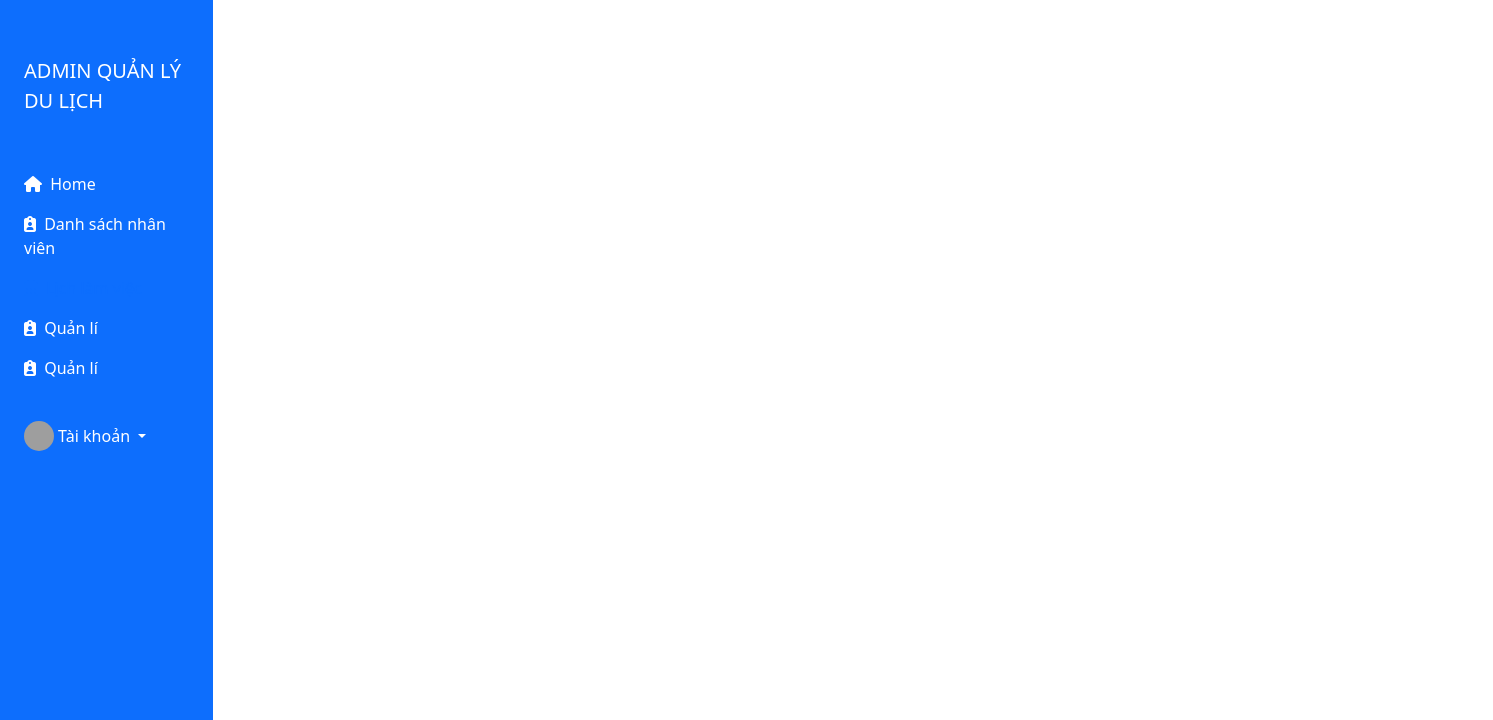
Repository: vantohuu/BOOKINGTOUR
Page: http://localhost/BOOKINGTOUR/WEB-INF/views/admin/admin.jsp
An editor plug-in stored every save of this project. The page is shown before and after the next save, followed by the edit.
The browser window is 1280 px wide. The page is 1493 px wide, so the pictures cover 1493 px, including what lies to the right of the window. The pictures show the whole page.
Pictures or frames that could not be fetched are drawn as grey boxes. Some web libraries are served in a nearby version. The page is served by Tomcat 9. Nobody is signed in. Other server files are loaded and not shown. The template is opened directly, without the code that normally fills it, so the values that code supplies are empty.

Above is the page before, as saved 2023-05-04 13:12:12.

### BOOKINGTOUR/src/main/webapp/WEB-INF/views/admin/admin.jsp
<%@ page language="java" contentType="text/html; charset=UTF-8"
    pageEncoding="UTF-8"%>
        <%@ taglib uri="http://java.sun.com/jstl/core_rt" prefix="c"%>
<%@ taglib uri="http://java.sun.com/jstl/fmt_rt" prefix="f"%>
<!DOCTYPE html>
<html>
<head>
<meta charset="UTF-8">
 <link href="https://cdn.jsdelivr.net/npm/bootstrap@5.3.0-alpha1/dist/css/bootstrap.min.css" rel="stylesheet"
     integrity="sha384-GLhlTQ8iRABdZLl6O3oVMWSktQOp6b7In1Zl3/Jr59b6EGGoI1aFkw7cmDA6j6gD" crossorigin="anonymous">
     <script src="https://kit.fontawesome.com/ee36f81461.js" crossorigin="anonymous"></script>
<title>Admin quản lý du lịch</title>
</head>
<body>
    <div class="container-fluid">
    <div class="row flex-nowrap">
        <div class="col-auto col-md-3 col-xl-2 px-sm-2 px-0t bg-primary">
            <div class="d-flex flex-column align-items-center align-items-sm-start px-3 pt-2 text-white min-vh-100 ">
                <a href="#" class="d-flex align-items-center pb-5 pt-5 mb-md-0 me-md-auto text-white text-decoration-none">
                    <span class="fs-5 d-none d-sm-inline">ADMIN QUẢN LÝ DU LỊCH</span>
                </a>
                <ul class="nav nav-pills flex-column mb-sm-auto mb-0 align-items-center align-items-sm-start " id="menu">
                    <li class="nav-item">
                        <a href="home.htm" class="nav-link text-white align-middle px-0">
                           <i class="fa-solid fa-house"></i>
                            <span class="ms-1 d-none d-sm-inline">Home</span>
                        </a>
                    </li>
                    <li>
                        <a href="#submenu3" data-bs-toggle="collapse" class="nav-link text-white px-0 align-middle ">
                            <i class="fa-solid fa-clipboard-user"></i>
                            <span class="ms-1 d-none d-sm-inline">Danh sách nhân viên</span></a>
                        <ul class="collapse nav flex-column ms-1" id="submenu3" data-bs-parent="#menu">
                            <li class="w-100">
                                <a href="doanhthu.htm" class="nav-link text-white px-0"> <span class="d-none d-sm-inline">Doanh thu</span></a>
                            </li>
                            <li>
                                <a href="nhanvien.htm" class="nav-link text-white px-0"> <span class="d-none d-sm-inline">Nhân viên</span></a>
                            </li>
                        </ul>
                    </li>
                    <li>
                        <a href="lich.htm" class="nav-link px-0 align-middle">
                           <i class="fa-solid fa-calendar-days"></i>
                           <span class="ms-1 d-none d-sm-inline">Lịch làm việc</span></a>
                    </li>
                    <li>
                        <a href="#submenu2" data-bs-toggle="collapse" class="nav-link text-white px-0 align-middle ">
                            <i class="fa-solid fa-clipboard-user"></i>
                            <span class="ms-1 d-none d-sm-inline">Quản lí</span></a>
                        <ul class="collapse nav flex-column ms-1" id="submenu2" data-bs-parent="#menu">
                            <li class="w-100">
                                <a href="doanhthu.htm" class="nav-link text-white px-0"> <span class="d-none d-sm-inline">Doanh thu</span></a>
                            </li>
                            <li>
                                <a href="nhanvien.htm" class="nav-link text-white px-0"> <span class="d-none d-sm-inline">Nhân viên</span></a>
                            </li>
                        </ul>
                    </li>
                     <li>
                        <a href="#submenu3" data-bs-toggle="collapse" class="nav-link text-white px-0 align-middle ">
                            <i class="fa-solid fa-clipboard-user"></i>
                            <span class="ms-1 d-none d-sm-inline">Quản lí</span></a>
                        <ul class="collapse nav flex-column ms-1" id="submenu3" data-bs-parent="#menu">
                            <li class="w-100">
                                <a href="doanhthu.htm" class="nav-link text-white px-0"> <span class="d-none d-sm-inline">Doanh thu</span></a>
                            </li>
                            <li>
                                <a href="nhanvien.htm" class="nav-link text-white px-0"> <span class="d-none d-sm-inline">Nhân viên</span></a>
                            </li>
                        </ul>
                    </li>

                <hr>

                <div class="dropdown pb-4">
                    <a href="#" class="d-flex align-items-center text-white text-decoration-none dropdown-toggle" id="dropdownUser1" data-bs-toggle="dropdown" aria-expanded="false">
                        <img src="https://github.com/mdo.png" alt="hugenerd" width="30" height="30" class="rounded-circle">
                        <span class="d-none d-sm-inline mx-1">Tài khoản</span>
                    </a>
                    <ul class="dropdown-menu dropdown-menu-dark text-small shadow">

                        <li><a class="dropdown-item" href="nhanvien-thongtin.htm">Chỉnh sửa thông tin cá nhân</a></li>
                        <li><a class="dropdown-item" href="doimatkhau.htm">Đổi mật khẩu</a></li>
                        <li>
                            <hr class="dropdown-divider">
                        </li>
                        <li><a class="dropdown-item" href="logout.htm">Đăng xuất</a></li>
                    </ul>
                </div>
            </div>
        </div>
        <div class=""col py-3 d-flex justify-content-center align-items-center"">

        </div>
    </div>
</div>
    <script src="https://cdn.jsdelivr.net/npm/bootstrap@5.3.0-alpha1/dist/js/bootstrap.bundle.min.js" integrity="sha384-w76AqPfDkMBDXo30jS1Sgez6pr3x5MlQ1ZAGC+nuZB+EYdgRZgiwxhTBTkF7CXvN" crossorigin="anonymous"></script>
</body>
</html>

After the next save:
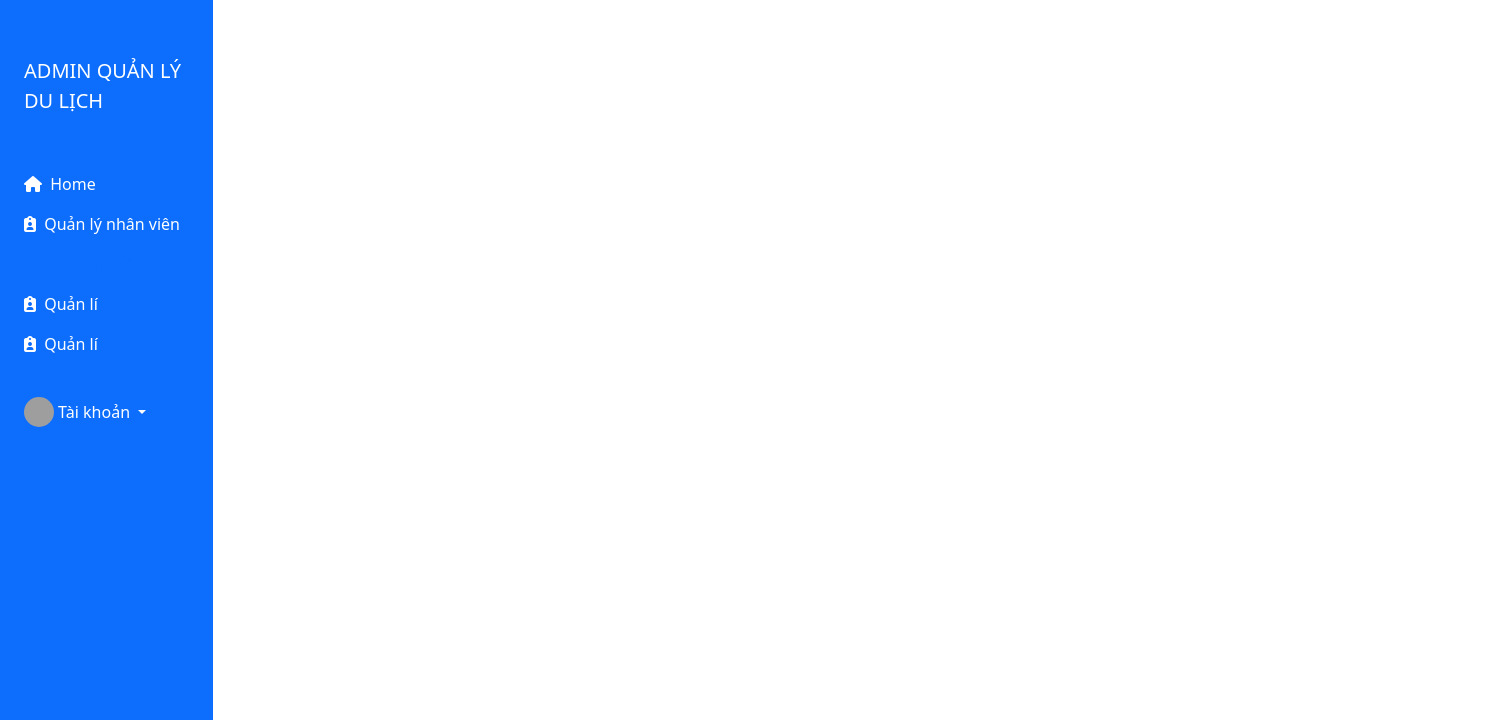
Saved 61 s later.
--- a/BOOKINGTOUR/src/main/webapp/WEB-INF/views/admin/admin.jsp
+++ b/BOOKINGTOUR/src/main/webapp/WEB-INF/views/admin/admin.jsp
@@ -27,12 +27,12 @@
                         </a>
                     </li>
                     <li>
-                        <a href="#submenu3" data-bs-toggle="collapse" class="nav-link text-white px-0 align-middle ">
+                        <a href="#submenu1" data-bs-toggle="collapse" class="nav-link text-white px-0 align-middle ">
                             <i class="fa-solid fa-clipboard-user"></i>
-                            <span class="ms-1 d-none d-sm-inline">Danh sách nhân viên</span></a>
-                        <ul class="collapse nav flex-column ms-1" id="submenu3" data-bs-parent="#menu">
+                            <span class="ms-1 d-none d-sm-inline">Quản lý nhân viên</span></a>
+                        <ul class="collapse nav flex-column ms-1" id="submenu1" data-bs-parent="#menu">
                             <li class="w-100">
-                                <a href="doanhthu.htm" class="nav-link text-white px-0"> <span class="d-none d-sm-inline">Doanh thu</span></a>
+                                <a href="doanhthu.htm" class="nav-link text-white px-0"> <span class="d-none d-sm-inline">Danh sách nhân viên</span></a>
                             </li>
                             <li>
                                 <a href="nhanvien.htm" class="nav-link text-white px-0"> <span class="d-none d-sm-inline">Nhân viên</span></a>
